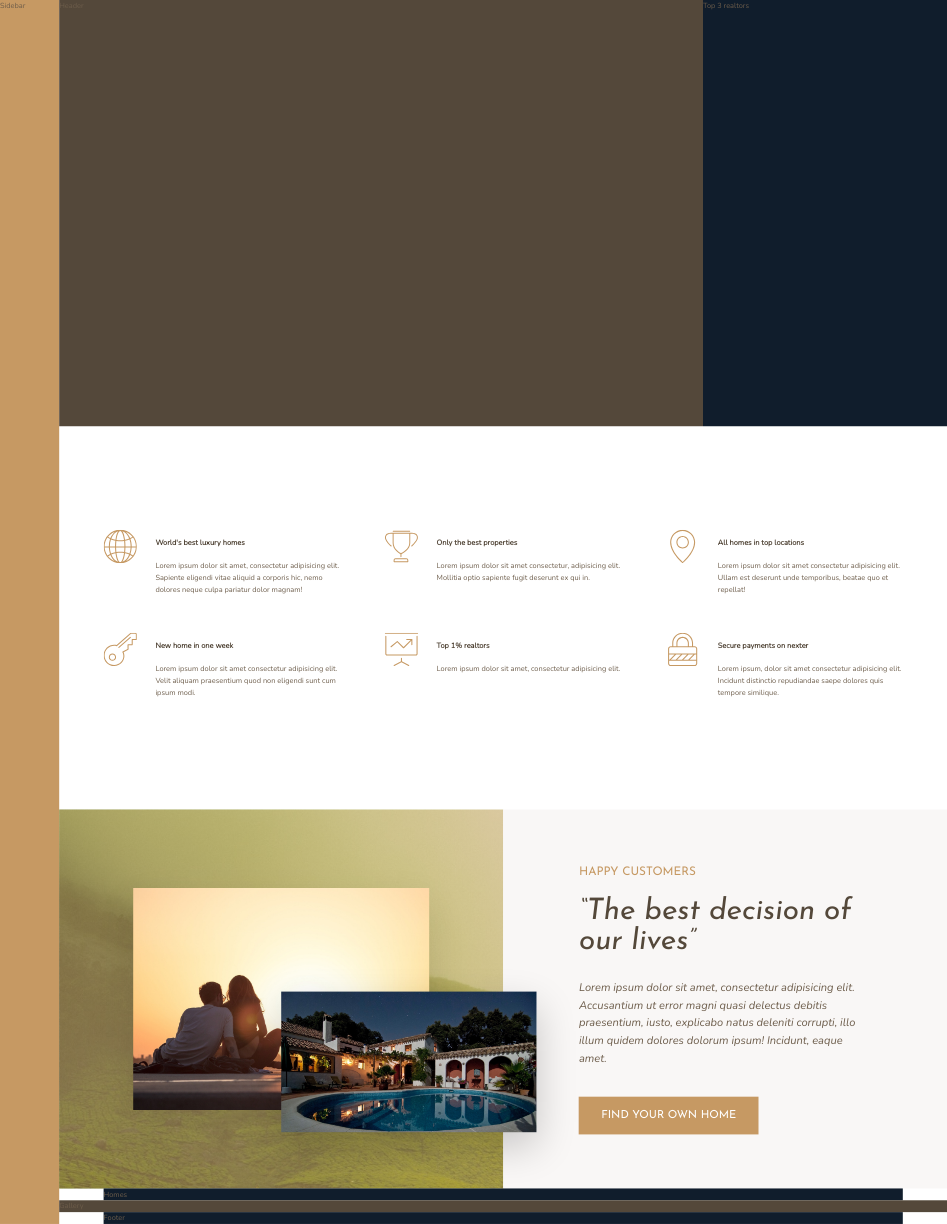
Repository: achwesiuk/nexter
Page: index.html
The author's editor kept a copy of each file at every save. The page is drawn from the files as they stood at one save, then again after the next save.
The browser window is 1280 px wide. The pictures show the whole page, at 74% of full size.
The style sheet was rebuilt from its Sass, Less or Tailwind sources for each picture, by a compiler version that may differ from the author's.

Above is the page before, as saved 2021-02-23 13:19:23.

After the next save:
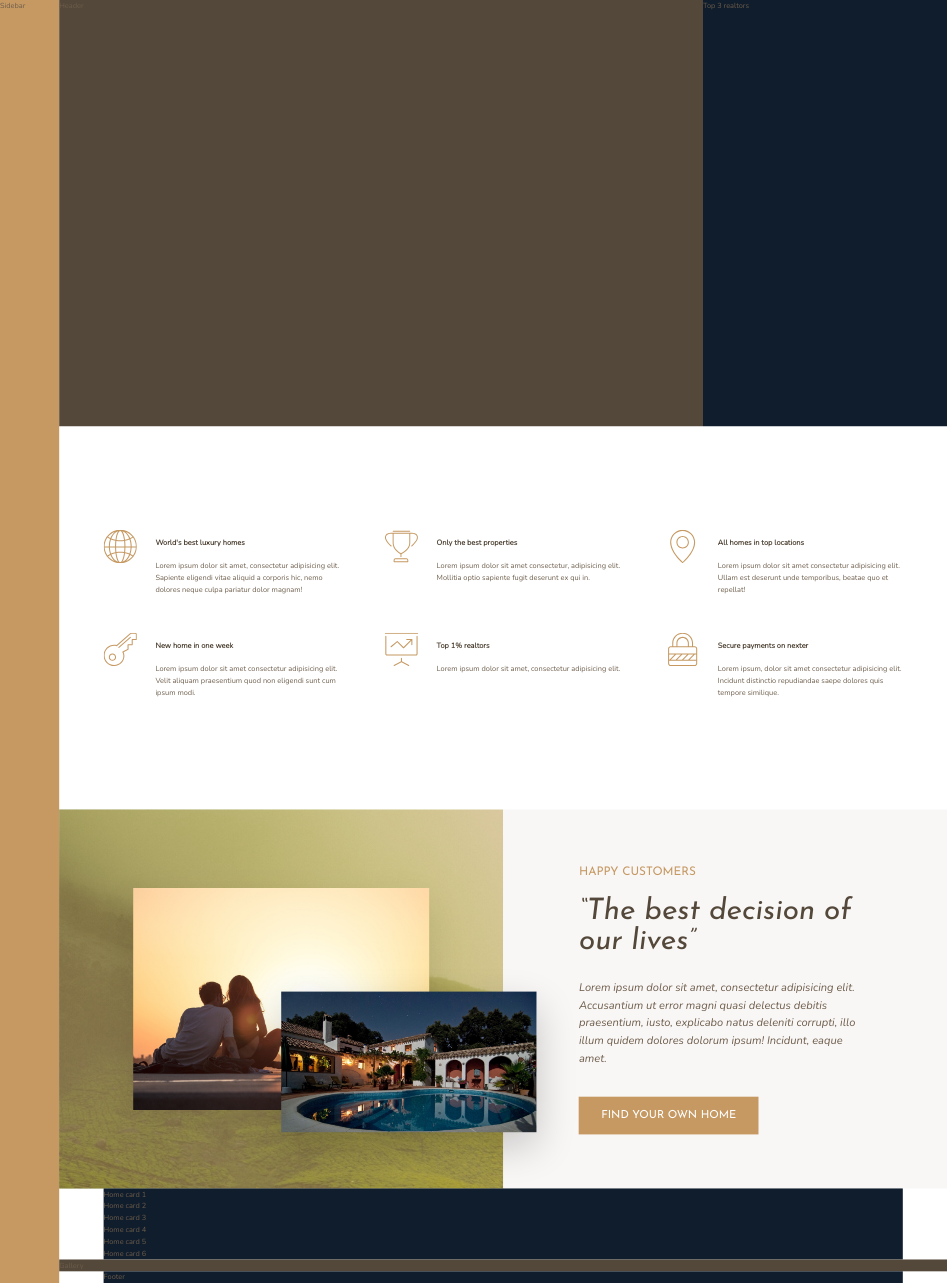
Saved 47 min 57 s later.
--- a/index.html
+++ b/index.html
@@ -84,7 +84,12 @@
         </div>
 
         <section class="homes">
-            Homes
+            <div class="home">Home card 1</div>
+            <div class="home">Home card 2</div>
+            <div class="home">Home card 3</div>
+            <div class="home">Home card 4</div>
+            <div class="home">Home card 5</div>
+            <div class="home">Home card 6</div>
         </section>
 
         <section class="gallery">
